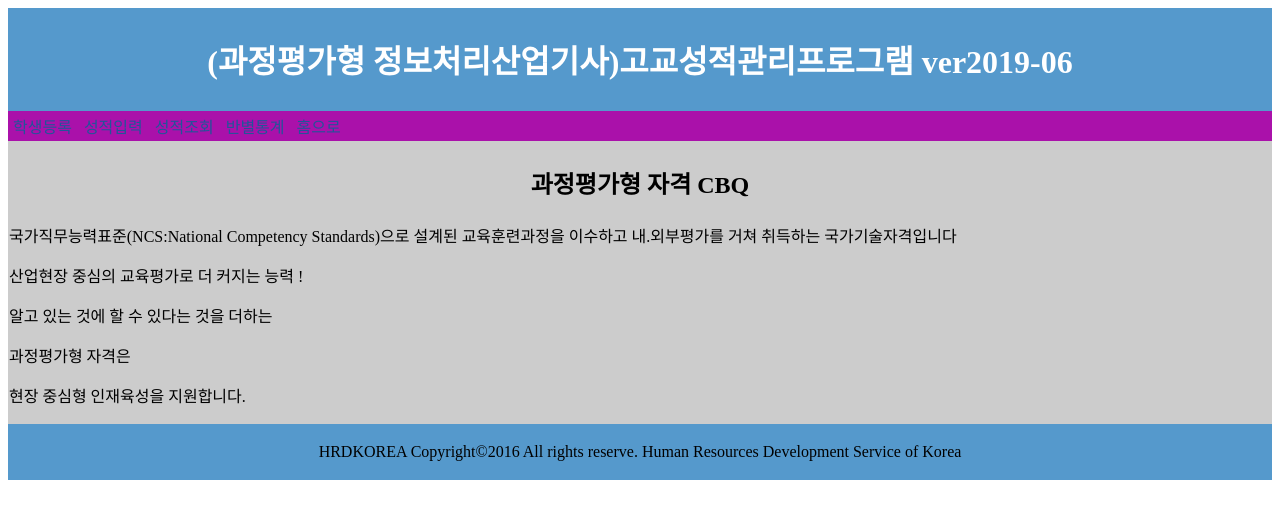
Repository: bolbbal/jdbc
Page: http://localhost/cbq_99/
An editor plug-in stored every save of this project. The page is shown before and after the next save, followed by the edit.
The browser window is 1280 px wide. The pictures show the whole page.
The page is served by Tomcat 9. Other server files are loaded and not shown.

Above is the page before, as saved 2024-08-26 05:34:29.

### javastudy18/jspStudy/cbq_99/cbq_99/WebContent/index.jsp
<%@ page language="java" contentType="text/html; charset=UTF-8"
	pageEncoding="UTF-8"%>
<%@ page import="Model.*"%>
<%@ page import="java.sql.*"%>
<%@ page import="java.util.*"%>
<%@ page import="java.text.*"%>
<!DOCTYPE html>
<html>
<head>
<meta charset="UTF-8">
<title>고교성적관리</title>
<style>
header {
	background: #59c;
	padding: 1px;
}

h1 {
	color: #fff;
	text-align: center;
	padding: 6px
}

nav {
	background: #A1A;
	padding: 1px
}

a {
	text-decoration: none;
	color: #259;
	display: inline-block;
	padding: 2px 4px;
}

section {
	padding: 1px;
	background: #CCC;
}

h2 {
	text-align: center;
	padding: 3px;
}

footer {
	background: #59c;
	padding: 1px;
}
footer p {
	text-align:center;
	padding:2px;
}
</style>
</head>
<body>
	<header>
		<h1>(과정평가형 정보처리산업기사)고교성적관리프로그램 ver2019-06</h1>
	</header>
	<nav>
		<a href="sub1.jsp">학생등록</a> <a href="sub2.jsp">성적입력</a> <a
			href="sub3.jsp">성적조회</a> <a href="sub4.jsp">반별통계</a> <a
			href="index.jsp">홈으로</a>
	</nav>
	<section>
		<h2>과정평가형 자격 CBQ</h2>
		<p>국가직무능력표준(NCS:National Competency Standards)으로 설계된 교육훈련과정을 이수하고
			내.외부평가를 거쳐 취득하는 국가기술자격입니다</p>
		<p>산업현장 중심의 교육평가로 더 커지는 능력 !</p>
		<p>알고 있는 것에 할 수 있다는 것을 더하는</p>
		<p>과정평가형 자격은</p>
		<p>현장 중심형 인재육성을 지원합니다.</p>
	</section>
	<footer>
		<p>HRDKOREA Copyright&copy;2016 All rights reserve. Human
			Resources Development Service of Korea</p>
	</footer>
</body>
</html>

After the next save:
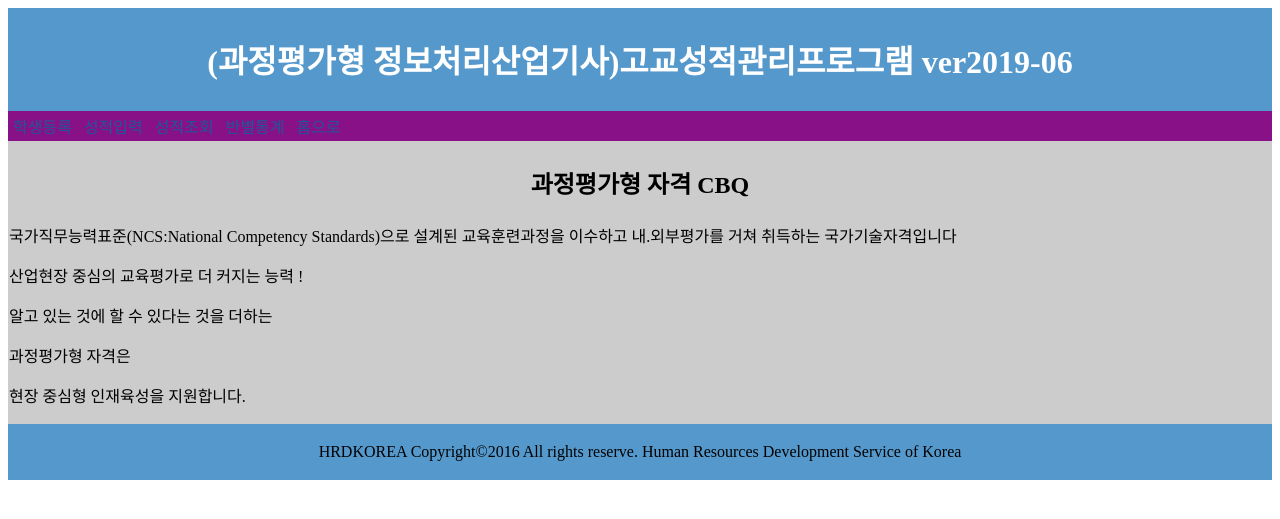
Saved 7 s later.
--- a/javastudy18/jspStudy/cbq_99/cbq_99/WebContent/index.jsp
+++ b/javastudy18/jspStudy/cbq_99/cbq_99/WebContent/index.jsp
@@ -22,7 +22,7 @@ h1 {
 }
 
 nav {
-	background: #A1A;
+	background: #818;
 	padding: 1px
 }
 
